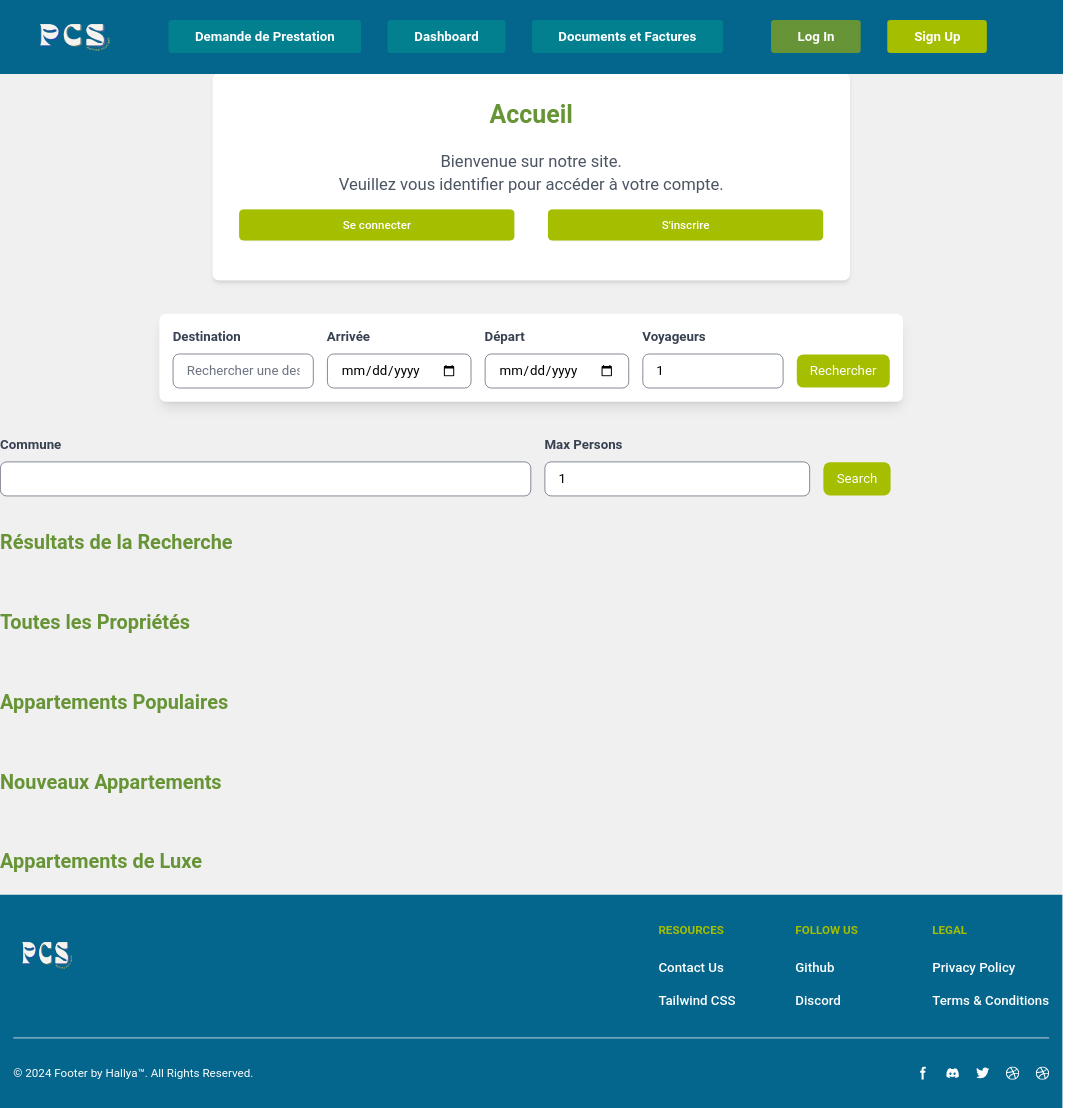
Repository: HATTOUNGBRE/ProjetAnnuel2
Page: /logout (app in FRONT/)
An editor plug-in stored every save of this project. The page is shown before and after the next save, followed by the edit.
The browser window is 1280 px wide. The page is 1305 px wide, so the pictures cover 1305 px, including what lies to the right of the window. The pictures show the whole page, at 83% of full size.
The page's requests for data from a server got no answer. The project was rebuilt for these pictures with package versions that can differ from the ones it lists, and the page was loaded fresh each time. No one was signed in, and anything a server would have sent is missing. Also part of the build but not shown: FRONT/vite.config.js, FRONT/src/components/PropertyCard.jsx, FRONT/src/components/PropertyRow.jsx, FRONT/src/components/Contact.jsx, FRONT/src/components/CatUser.jsx, FRONT/src/components/Login.jsx, FRONT/src/components/prestataire/PrestataireType.jsx, FRONT/src/components/prestataire/PrestataireDetails.jsx and 15 more.

Above is the page before, as saved 2024-06-28 22:21:58.

### FRONT/src/main.jsx
import React from 'react'
import ReactDOM from 'react-dom/client'
import App from './App.jsx'
import './App.css'
import { AuthProvider } from './components/AuthContext';
import {
  BrowserRouter,
  Route,
  Link
} from "react-router-dom";

ReactDOM.createRoot(document.getElementById('root')).render(
  <React.StrictMode>
    <AuthProvider>
    <App />
    </AuthProvider>
  </React.StrictMode>,
)

### FRONT/src/App.css
@tailwind base;
@tailwind components;
@tailwind utilities;

html, body {
  height: 100%;
  width: 100%;
  margin: 0;
  padding: 0;
  font-family: 'Roboto', sans-serif;
}


.logo {
  height: 5em;
  width: 7em;
  /* will-change: filter; */
  transition: filter 300ms;
}
.logo:hover {
}
.logo.react:hover {
  filter: drop-shadow(0 0 2em #61dafbaa);
}

@keyframes logo-spin {
  from {
    transform: rotate(0deg);
  }
  to {
    transform: rotate(360deg);
  }
}


.card {
  padding: 2em;
}

.read-the-docs {
  color: #888;
}
footer {
  position: absolute;
  left: 0;
  bottom: 0;
  width: 100%;
}
html, body {
  height: 100%;
  margin: 0;
  padding: 0;

}



footer {
  flex-shrink: 0; /* Empêche le pied de page de rétrécir si le contenu est trop grand */
}

.main-content {
  flex: 1;
  padding: 24px;
  overflow-y: auto;
  display: flex;
  flex-direction: column;
}

### FRONT/src/components/Header.jsx
import { useState, useEffect } from 'react';
import Nav from './Nav';
import { Link } from "react-router-dom";

function Header(props) {
  const { isLoggedIn, userRole } = props;

  return (
    <div>
      <header className="bg-pcs-200 sticky top-0 z-[20]">
        <nav className="bg-pcs-200 border-gray-200 dark:bg-gray-900 w-full">
          <div className="w-full flex flex-wrap items-center justify-around p-1">
            <Link to="/" className="flex items-center space-x-3 rtl:space-x-reverse">
              <img src="/public/images/fullDay.png" className="h-8 logo" alt="PCSLogo" />
            </Link>
            <Nav isLoggedIn={isLoggedIn} userRole={userRole} />
            <button
              data-collapse-toggle="navbar-default"
              type="button"
              className="inline-flex items-center p-2 w-10 h-10 justify-center text-sm text-gray-500 rounded-lg md:hidden focus:outline-none focus:ring-2 focus:ring-gray-200 dark:text-gray-400 dark:focus:ring-gray-600"
              aria-controls="navbar-default"
              aria-expanded="false"
            >
              <span className="sr-only">Open main menu</span>
              <svg
                className="w-5 h-5"
                aria-hidden="true"
                xmlns="http://www.w3.org/2000/svg"
                fill="none"
                viewBox="0 0 17 14"
              >
                <path
                  stroke="currentColor"
                  strokeLinecap="round"
                  strokeLinejoin="round"
                  strokeWidth="2"
                  d="M1 1h15M1 7h15M1 13h15"
                />
              </svg>
            </button>
            <div className="hidden w-full md:block md:w-auto" id="navbar-default"></div>
          </div>
        </nav>
      </header>
    </div>
  );
}

export default Header;

### FRONT/src/components/Main.jsx
import React, { useState, useContext, useEffect } from 'react';
import AuthContext from './AuthContext';
import { Link } from 'react-router-dom';
import PropertyRow from './PropertyRow';
import PropertySearch from './PropertySearch';
import Slider from 'react-slick';
import 'slick-carousel/slick/slick.css';
import 'slick-carousel/slick/slick-theme.css';
import PropertySliderSection from './PropertySliderSection';

function Main() {
  const { isLoggedIn, userRole } = useContext(AuthContext);

  const [searchTerm, setSearchTerm] = useState('');
  const [cities, setCities] = useState([]);
  const [arrivalDate, setArrivalDate] = useState('');
  const [departureDate, setDepartureDate] = useState('');
  const [guests, setGuests] = useState(1);
  const [properties, setProperties] = useState([]);

  useEffect(() => {
    if (searchTerm.length >= 2) {
      searchCities(searchTerm);
    } else {
      setCities([]);
    }
  }, [searchTerm]);

  const searchCities = async (term) => {
    try {
      const response = await fetch(`https://geo.api.gouv.fr/communes?nom=${term}&fields=departement&boost=population&limit=5`);
      const data = await response.json();
      setCities(data);
    } catch (error) {
      console.error('Error fetching cities:', error);
    }
  };

  const handleCitySelection = (city) => {
    setSearchTerm(city.nom);
    setCities([]);
  };

  const handleSearch = async (e) => {
    e.preventDefault();
    try {
      const response = await fetch(
        `http://localhost:8000/api/search-properties?commune=${searchTerm}&maxPersons=${guests}`
      );
      const data = await response.json();
      setProperties(data);
    } catch (error) {
      console.error('Error fetching properties:', error);
    }
  };

  return (
    <div className="min-h-screen bg-pcs-100 flex flex-col items-center justify-center">
      <div className="max-w-3xl w-full p-8 bg-white shadow-md rounded-lg text-center">
        <h1 className="text-3xl font-semibold text-pcs-400 mb-6">Accueil</h1>
        {isLoggedIn ? (
          <p className="text-xl text-pcs-300">
            Vous êtes connecté.e en tant que <span className="font-bold">{userRole}</span>
          </p>
        ) : (
          <div>
            <p className="text-xl text-gray-600">Bienvenue sur notre site.</p>
            <p className="text-xl text-gray-600">Veuillez vous identifier pour accéder à votre compte.</p>
            <div className='flex justify-center mt-4 space-x-10'>
              <button className='w-full px-4 mb-4 py-2 text-sm font-medium text-white bg-pcs-300 border border-transparent rounded-md shadow-sm hover:bg-pcs-400'>
                <Link to="/components/catUser">Se connecter</Link>
              </button>
              <button className='w-full px-4 mb-4 py-2 text-sm font-medium text-white bg-pcs-300 border border-transparent rounded-md shadow-sm hover:bg-pcs-400'>
                <Link to="/components/inscription">S'inscrire</Link>
              </button>
            </div>
          </div>
        )}
      </div>

      {/* Barre de recherche */}
      {!isLoggedIn || userRole === 'voyageur' ? (
        <div className="mt-10 w-full max-w-4xl bg-white shadow-lg rounded-lg p-4">
          <form onSubmit={handleSearch} className="flex items-center space-x-4">
            <div className="relative w-1/4">
              <label className="block text-gray-700 font-bold mb-2">Destination</label>
              <input
                type="text"
                className="w-full px-4 py-2 border rounded-lg focus:outline-none focus:ring-2 focus:ring-blue-500"
                placeholder="Rechercher une destination"
                value={searchTerm}
                onChange={(e) => setSearchTerm(e.target.value)}
              />
              {cities.length > 0 && (
                <ul className="absolute left-0 mt-2 w-full bg-white border rounded-lg z-10 max-h-48 overflow-y-auto">
                  {cities.map((city) => (
                    <li key={city.code} className="px-4 py-2 border-b last:border-b-0 cursor-pointer hover:bg-gray-200" onClick={() => handleCitySelection(city)}>
                      {city.nom} ({city.departement.nom})
                    </li>
                  ))}
                </ul>
              )}
            </div>
            <div className="w-1/4">
              <label className="block text-gray-700 font-bold mb-2">Arrivée</label>
              <input
                type="date"
                className="w-full px-4 py-2 border rounded-lg focus:outline-none focus:ring-2 focus:ring-blue-500"
                value={arrivalDate}
                onChange={(e) => setArrivalDate(e.target.value)}
              />
            </div>
            <div className="w-1/4">
              <label className="block text-gray-700 font-bold mb-2">Départ</label>
              <input
                type="date"
                className="w-full px-4 py-2 border rounded-lg focus:outline-none focus:ring-2 focus:ring-blue-500"
                value={departureDate}
                onChange={(e) => setDepartureDate(e.target.value)}
              />
            </div>
            <div className="w-1/4">
              <label className="block text-gray-700 font-bold mb-2">Voyageurs</label>
              <input
                type="number"
                min="1"
                className="w-full px-4 py-2 border rounded-lg focus:outline-none focus:ring-2 focus:ring-blue-500"
                value={guests}
                onChange={(e) => setGuests(e.target.value)}
              />
            </div>
            <button
              type="submit"
              className="bg-pcs-300 mt-8 text-white py-2 px-4 rounded-lg hover:bg-pcs-400 focus:outline-none focus:ring-2 focus:ring-blue-500"
            >
              Rechercher
            </button>
          </form>
        </div>
      ) : null}
      <div className="mt-10 w-full">
        <PropertySearch onSearch={handleSearch} />
      </div>

      <div className="mt-10 w-full">
        <h2 className="text-2xl font-semibold text-pcs-400 mb-6">Résultats de la Recherche</h2>
        <div className="grid grid-cols-1 md:grid-cols-2 lg:grid-cols-3 gap-4">
          {properties.map((property) => (
            <PropertyRow key={property.id} property={property} />
          ))}
        </div>
      </div>
      <PropertySliderSection title="Toutes les Propriétés" apiUrl="http://localhost:8000/api/properties" />
      <PropertySliderSection title="Appartements Populaires" apiUrl="http://localhost:8000/api/popular-properties" />
      <PropertySliderSection title="Nouveaux Appartements" apiUrl="http://localhost:8000/api/new-properties" />
      <PropertySliderSection title="Appartements de Luxe" apiUrl="http://localhost:8000/api/luxury-properties" />
    </div>
  );
}

export default Main;

### FRONT/src/components/Nav.jsx
import { Link } from "react-router-dom";

function Nav(props) {
    const { isLoggedIn, userRole } = props;

    console.log('isLoggedIn page NAV:', isLoggedIn);
    return (
        <>
            <div className='flex space-x-8'>
                <Link to={`/${userRole}/Reservation`}>
                    <button className="bg-pcs-250 hover:bg-pcs-300 text-white font-bold py-2 px-8 rounded">
                        Demande de Prestation
                    </button>
                </Link>

                <Link to={`/components/dashboard/${userRole}`}>
                    <button className="bg-pcs-250 hover:bg-pcs-300 text-white font-bold py-2 px-8 rounded">
                        Dashboard
                    </button>
                </Link>

                <Link to={`/${userRole}/Prestation`}>
                    <button className="bg-pcs-250 hover:bg-pcs-300 text-white font-bold py-2 px-8 rounded">
                        Documents et Factures
                    </button>
                </Link>
            </div>
            {isLoggedIn ? (
                <div className='flex space-x-8'>
                    <Link to='/account'>
                        <button className="bg-pcs-400 hover:bg-pcs-700 text-white font-bold py-2 px-8 rounded">
                            Account
                        </button>
                    </Link>
                    <Link to='/logout'>
                        <button className="bg-pcs-300 hover:bg-pcs-600 text-white font-bold py-2 px-8 rounded">
                            Log out
                        </button>
                    </Link>

                </div>
            ) : (
                <div className='flex space-x-8'>
                    <Link to='/components/catuser'>
                        <button className="bg-pcs-400 hover:bg-pcs-700 text-white font-bold py-2 px-8 rounded">
                            Log In
                        </button>
                    </Link>

                    <Link to='/components/Inscription'>
                        <button className="bg-pcs-300 hover:bg-pcs-600 text-white font-bold py-2 px-8 rounded">
                            Sign Up
                        </button>
                    </Link>
                </div>
            )}
        </>
    );
};

export default Nav;

### FRONT/src/components/LogOut.jsx
import React, { useContext, useEffect } from 'react';
import { useNavigate } from 'react-router-dom';
import AuthContext from './AuthContext';

const LogOut = () => {
  const { logout } = useContext(AuthContext);
  const navigate = useNavigate();

  useEffect(() => {
    logout();
    navigate('/');
  }, [logout, navigate]);

  return null;
};

export default LogOut;

### FRONT/src/components/PropertySearch.jsx
import React from 'react';
import { useState } from 'react';

const PropertySearch = ({ onSearch }) => {
  const [commune, setCommune] = useState('');
  const [maxPersons, setMaxPersons] = useState(1);

  const handleSubmit = (e) => {
    e.preventDefault();
    onSearch({ commune, maxPersons });
  };

  return (
    <form onSubmit={handleSubmit} className="flex items-center space-x-4">
      <div className="w-1/2">
        <label className="block text-gray-700 font-bold mb-2">Commune</label>
        <input
          type="text"
          className="w-full px-4 py-2 border rounded-lg focus:outline-none focus:ring-2 focus:ring-blue-500"
          value={commune}
          onChange={(e) => setCommune(e.target.value)}
        />
      </div>
      <div className="w-1/4">
        <label className="block text-gray-700 font-bold mb-2">Max Persons</label>
        <input
          type="number"
          min="1"
          className="w-full px-4 py-2 border rounded-lg focus:outline-none focus:ring-2 focus:ring-blue-500"
          value={maxPersons}
          onChange={(e) => setMaxPersons(e.target.value)}
        />
      </div>
      <button
        type="submit"
        className="bg-pcs-300 mt-8 text-white py-2 px-4 rounded-lg hover:bg-pcs-400 focus:outline-none focus:ring-2 focus:ring-blue-500"
      >
        Search
      </button>
    </form>
  );
};

export default PropertySearch;

### FRONT/src/components/PropertySliderSection.jsx
import React, { useEffect, useState } from 'react';
import Slider from 'react-slick';
import 'slick-carousel/slick/slick.css';
import 'slick-carousel/slick/slick-theme.css';

const PropertySliderSection = ({ title, apiUrl }) => {
  const [properties, setProperties] = useState([]);

  useEffect(() => {
    const fetchProperties = async () => {
      try {
        const response = await fetch(apiUrl);
        const data = await response.json();
        setProperties(data);
      } catch (error) {
        console.error('Error fetching properties:', error);
      }
    };

    fetchProperties();
  }, [apiUrl]);

  const sliderSettings = {
    dots: true,
    infinite: true,
    speed: 500,
    slidesToShow: 3,
    slidesToScroll: 1,
    responsive: [
      {
        breakpoint: 1024,
        settings: {
          slidesToShow: 2,
          slidesToScroll: 1,
          infinite: true,
          dots: true
        }
      },
      {
        breakpoint: 600,
        settings: {
          slidesToShow: 1,
          slidesToScroll: 1
        }
      }
    ]
  };

  return (
    <div className="mt-10 w-full">
      <h2 className="text-2xl font-semibold text-pcs-400 mb-6">{title}</h2>
      <Slider {...sliderSettings}>
        {properties.map(property => (
          <div key={property.id} className="p-4">
            <div className="bg-white shadow-lg rounded-lg overflow-hidden">
              <img src={`http://localhost:8000/uploads/property_photos/${property.image || 'default_appart.jpg'}`} alt={property.name} className="h-48 w-full object-cover" />
              <div className="p-4">
                <h3 className="text-xl font-semibold mb-2">{property.name}</h3>
                <p className="text-gray-600 mb-4">{property.description}</p>
                <div className="flex justify-between">
                  <button className="bg-pcs-250 hover:bg-pcs-200 text-white py-2 px-4 rounded-md">Détail +</button>
                  <button className="bg-pcs-400 text-white py-2 px-4 rounded-md">Louer</button>
                </div>
              </div>
            </div>
          </div>
        ))}
      </Slider>
    </div>
  );
};

export default PropertySliderSection;

Loaded but not shown: FRONT/index.html (common file); FRONT/tailwind.config.js (26 lines, source omitted); FRONT/src/components/Footer.jsx (91 lines, source omitted); FRONT/src/App.jsx (95 lines, source omitted); FRONT/src/components/AuthContext.jsx (90 lines, source omitted)

After the next save:
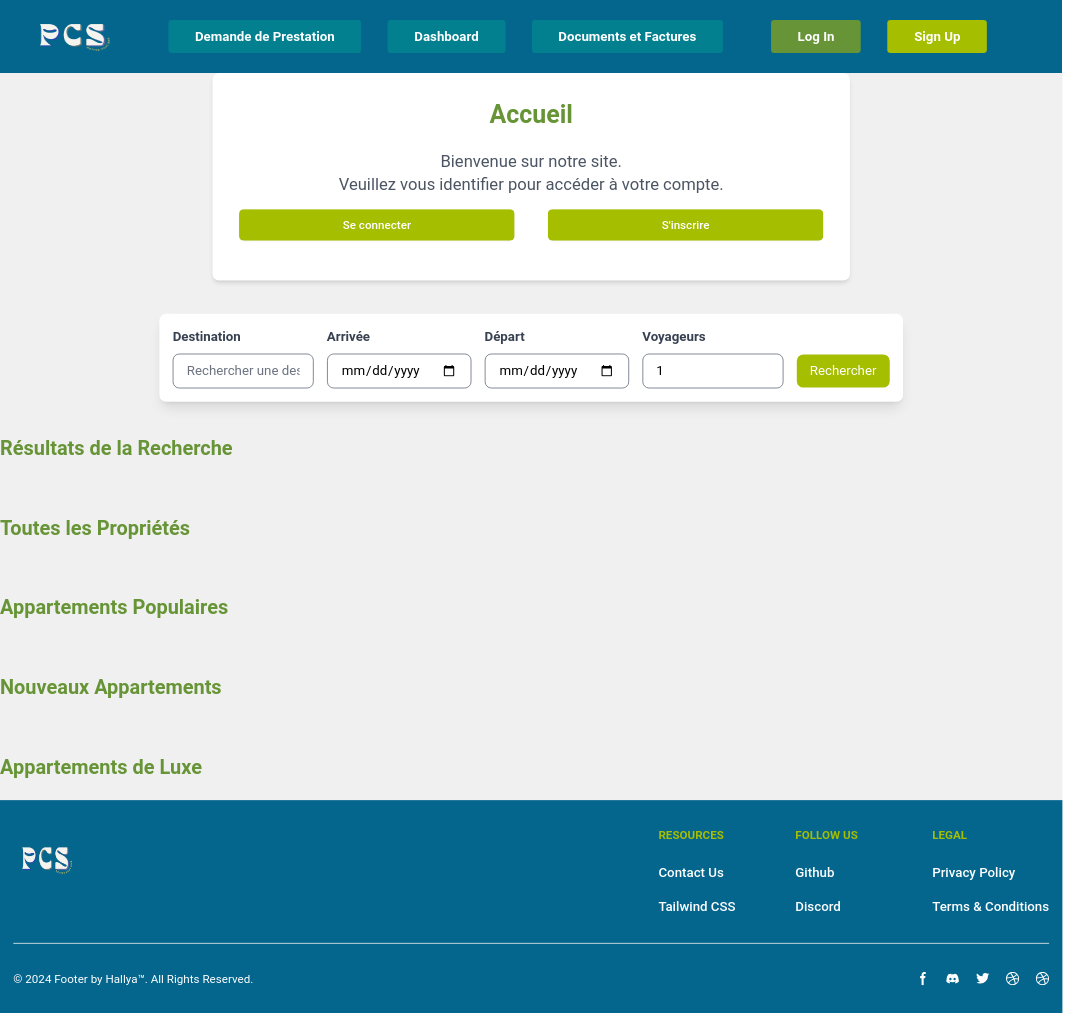
Saved 3 min 24 s later.
--- a/FRONT/src/components/Main.jsx
+++ b/FRONT/src/components/Main.jsx
@@ -3,14 +3,13 @@ import AuthContext from './AuthContext';
 import { Link } from 'react-router-dom';
 import PropertyRow from './PropertyRow';
 import PropertySearch from './PropertySearch';
+import PropertySliderSection from './PropertySliderSection';
 import Slider from 'react-slick';
 import 'slick-carousel/slick/slick.css';
 import 'slick-carousel/slick/slick-theme.css';
-import PropertySliderSection from './PropertySliderSection';
 
 function Main() {
   const { isLoggedIn, userRole } = useContext(AuthContext);
-
   const [searchTerm, setSearchTerm] = useState('');
   const [cities, setCities] = useState([]);
   const [arrivalDate, setArrivalDate] = useState('');
@@ -36,22 +35,51 @@ function Main() {
     }
   };
 
-  const handleCitySelection = (city) => {
-    setSearchTerm(city.nom);
-    setCities([]);
-  };
-
   const handleSearch = async (e) => {
     e.preventDefault();
+    const commune = searchTerm;
+    const maxPersons = guests;
+
     try {
       const response = await fetch(
-        `http://localhost:8000/api/search-properties?commune=${searchTerm}&maxPersons=${guests}`
+        `http://localhost:8000/api/search-properties?commune=${commune}&maxPersons=${maxPersons}`
       );
       const data = await response.json();
       setProperties(data);
     } catch (error) {
       console.error('Error fetching properties:', error);
     }
+  };
+
+  const handleCitySelect = (city) => {
+    setSearchTerm(city.nom);
+    setCities([]);
+  };
+
+  const sliderSettings = {
+    dots: true,
+    infinite: true,
+    speed: 500,
+    slidesToShow: 3,
+    slidesToScroll: 1,
+    responsive: [
+      {
+        breakpoint: 1024,
+        settings: {
+          slidesToShow: 2,
+          slidesToScroll: 1,
+          infinite: true,
+          dots: true
+        }
+      },
+      {
+        breakpoint: 600,
+        settings: {
+          slidesToShow: 1,
+          slidesToScroll: 1
+        }
+      }
+    ]
   };
 
   return (
@@ -94,7 +122,7 @@ function Main() {
               {cities.length > 0 && (
                 <ul className="absolute left-0 mt-2 w-full bg-white border rounded-lg z-10 max-h-48 overflow-y-auto">
                   {cities.map((city) => (
-                    <li key={city.code} className="px-4 py-2 border-b last:border-b-0 cursor-pointer hover:bg-gray-200" onClick={() => handleCitySelection(city)}>
+                    <li key={city.code} className="px-4 py-2 border-b last:border-b-0 cursor-pointer hover:bg-gray-200" onClick={() => handleCitySelect(city)}>
                       {city.nom} ({city.departement.nom})
                     </li>
                   ))}
@@ -138,9 +166,6 @@ function Main() {
           </form>
         </div>
       ) : null}
-      <div className="mt-10 w-full">
-        <PropertySearch onSearch={handleSearch} />
-      </div>
 
       <div className="mt-10 w-full">
         <h2 className="text-2xl font-semibold text-pcs-400 mb-6">Résultats de la Recherche</h2>
@@ -150,10 +175,11 @@ function Main() {
           ))}
         </div>
       </div>
-      <PropertySliderSection title="Toutes les Propriétés" apiUrl="http://localhost:8000/api/properties" />
-      <PropertySliderSection title="Appartements Populaires" apiUrl="http://localhost:8000/api/popular-properties" />
-      <PropertySliderSection title="Nouveaux Appartements" apiUrl="http://localhost:8000/api/new-properties" />
-      <PropertySliderSection title="Appartements de Luxe" apiUrl="http://localhost:8000/api/luxury-properties" />
+
+      <PropertySliderSection title="Toutes les Propriétés" apiUrl="http://localhost:8000/api/properties" sliderSettings={sliderSettings} />
+      <PropertySliderSection title="Appartements Populaires" apiUrl="http://localhost:8000/api/popular-properties" sliderSettings={sliderSettings} />
+      <PropertySliderSection title="Nouveaux Appartements" apiUrl="http://localhost:8000/api/new-properties" sliderSettings={sliderSettings} />
+      <PropertySliderSection title="Appartements de Luxe" apiUrl="http://localhost:8000/api/luxury-properties" sliderSettings={sliderSettings} />
     </div>
   );
 }
